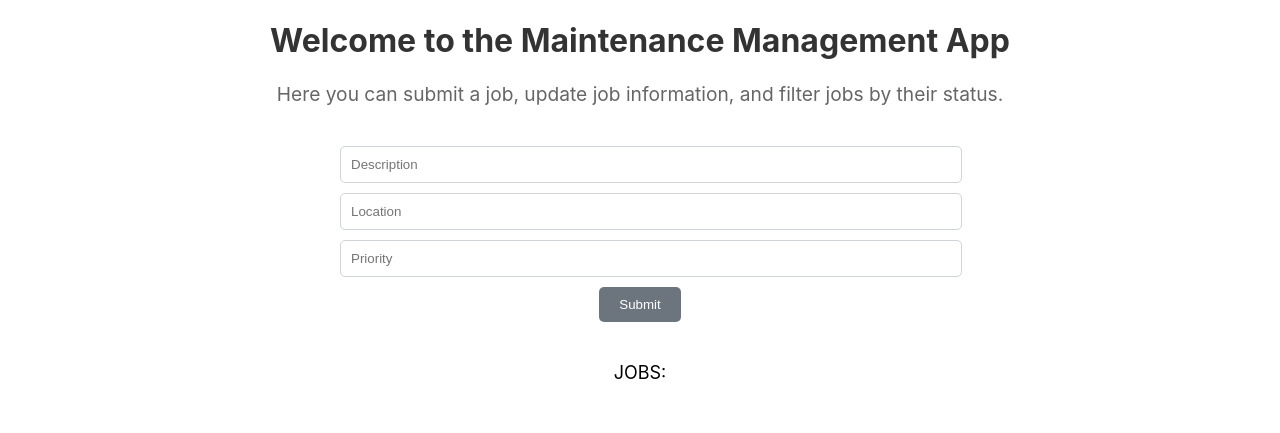
Repository: mikasteyn999/Maintenance-Manager-App
Page: / (app in frontend/)
An editor plug-in stored every save of this project. The page is shown before and after the next save, followed by the edit.
The browser window is 1280 px wide. The pictures show the whole page.
The page's requests for data from a server got no answer. The project was rebuilt for these pictures with package versions that can differ from the ones it lists, and the page was loaded fresh each time. No one was signed in, and anything a server would have sent is missing. Also part of the build but not shown: frontend/src/style/Job.css, frontend/src/components/Job.js.

Above is the page before, as saved 2023-06-01 09:49:01.

After the next save:
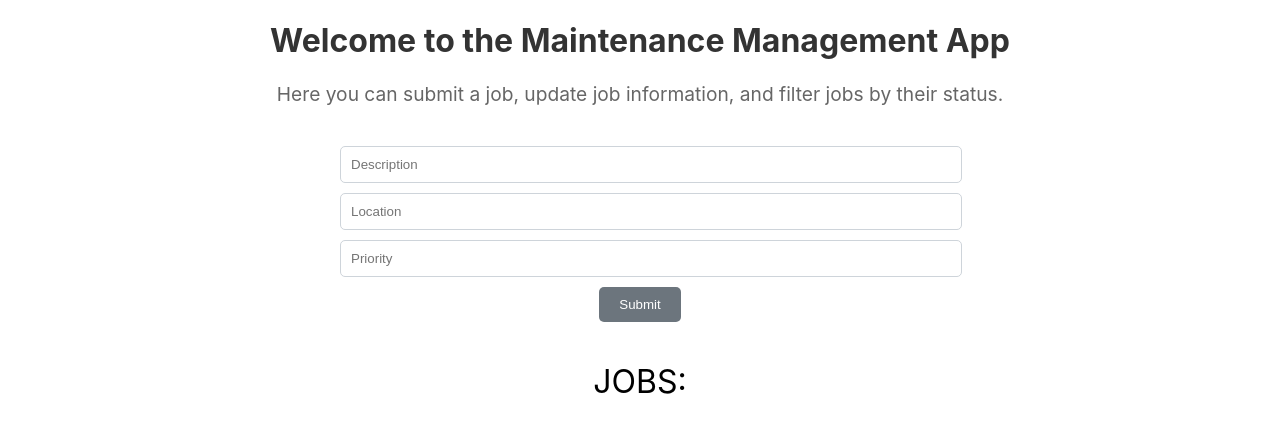
Saved 25 s later.
--- a/frontend/src/style/JobsList.css
+++ b/frontend/src/style/JobsList.css
@@ -5,5 +5,5 @@
 }
 
 .jobs-header {
-    font-size:large;
+    font-size: xx-large;
 }
